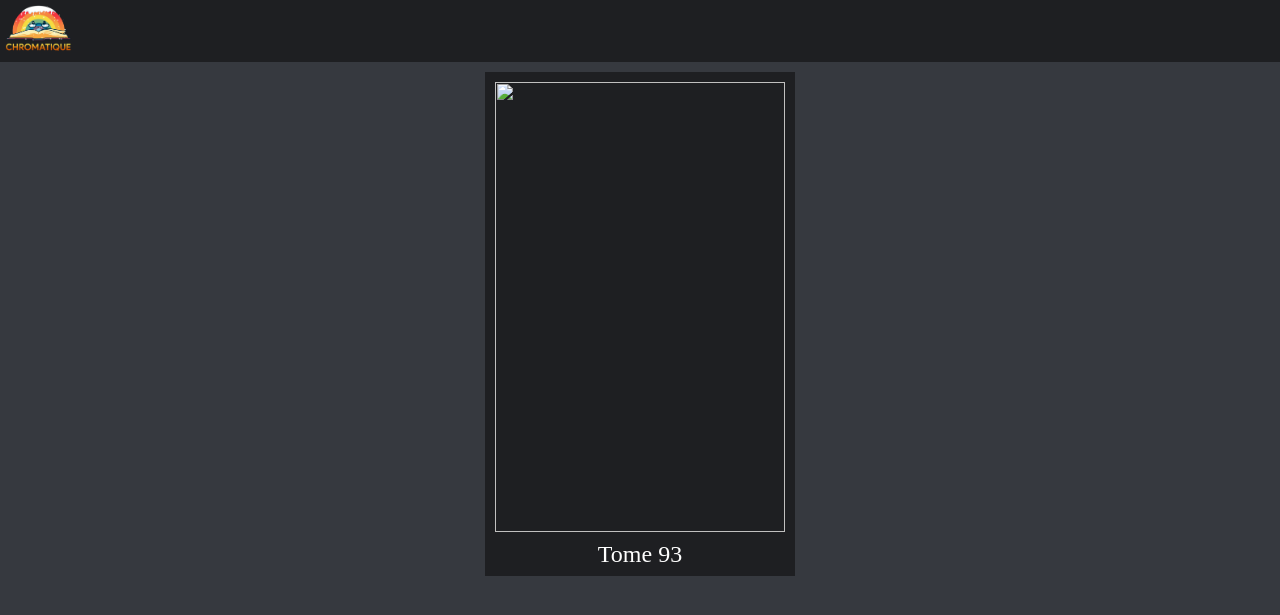
Repository: Codesieg/Chromatique
Page: http://localhost/tome/1
The author's editor kept a copy of each file at every save. The page is drawn from the files as they stood at one save, then again after the next save.
The browser window is 1280 px wide. The pictures show the whole page.
Some icons come from a web library that is not loaded, so they are not drawn. The page is served by the project's Laravel application, run on PHP 8.4 with Laravel 8. The database holds what the project's SQL file puts in it.

Above is the page before, as saved 2021-04-18 19:21:34.

After the next save:
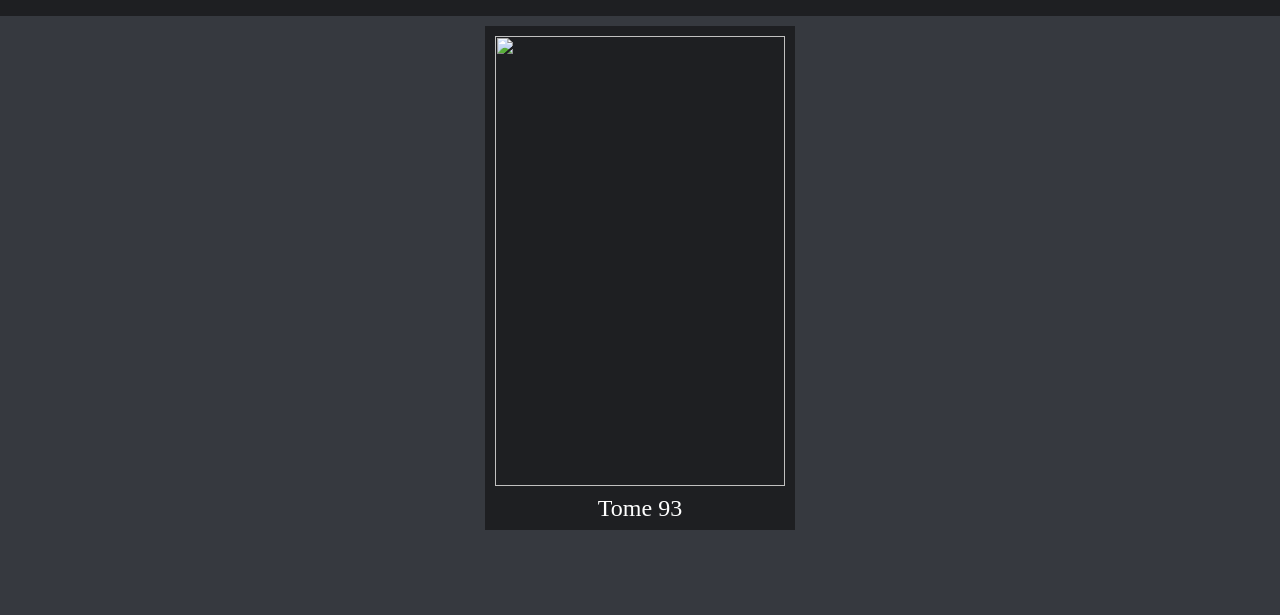
Saved 2 min 28 s later.
--- a/chromatique/resources/views/layout.blade.php
+++ b/chromatique/resources/views/layout.blade.php
@@ -14,7 +14,7 @@
 <header>
     <div class="infos-menu">
         <ul class="wrapper-menu">
-            <li><a  href="{{route('browse_manga')}}"><img class="logo" src="<?= asset('assets/img/logo.png') ?>" alt="logo"></a></li>
+            <li><a class="logo"href="{{route('browse_manga')}}"></li>
             <li><a href="https://discord.gg/3HH8Usj"><i class="lab la-3x la-discord white"></i></a></li>
             <li><a href="#"><i class="lab la-3x la-telegram white"></i></a></li>
             <li><a href="#"><i class="las la-3x la-info-circle white"></i></a></li>
